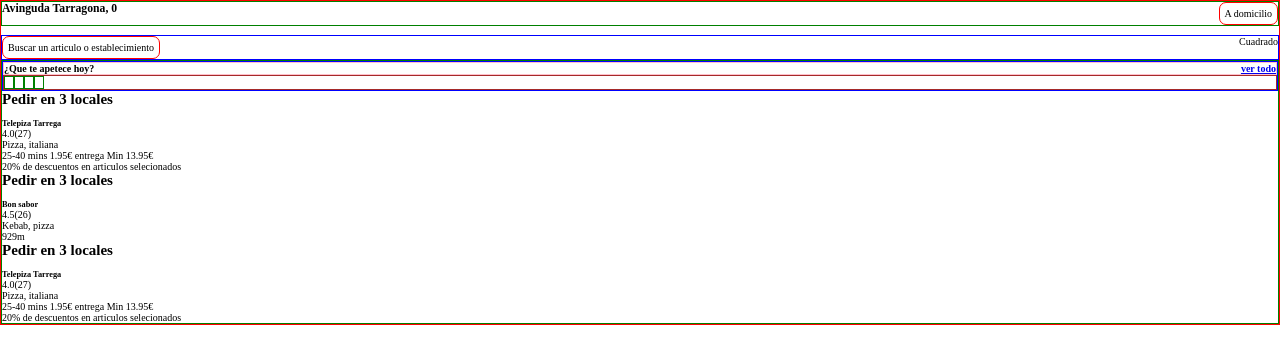
Repository: Srpinedaa/justEat
Page: index.html
These files come from the project's save history. The page is drawn as it stood at one moment and after the next save; the edit follows.
The browser window is 1280 px wide. The pictures show the whole page.

Above is the page before, as saved 2024-09-26 15:52:41.

After the next save:
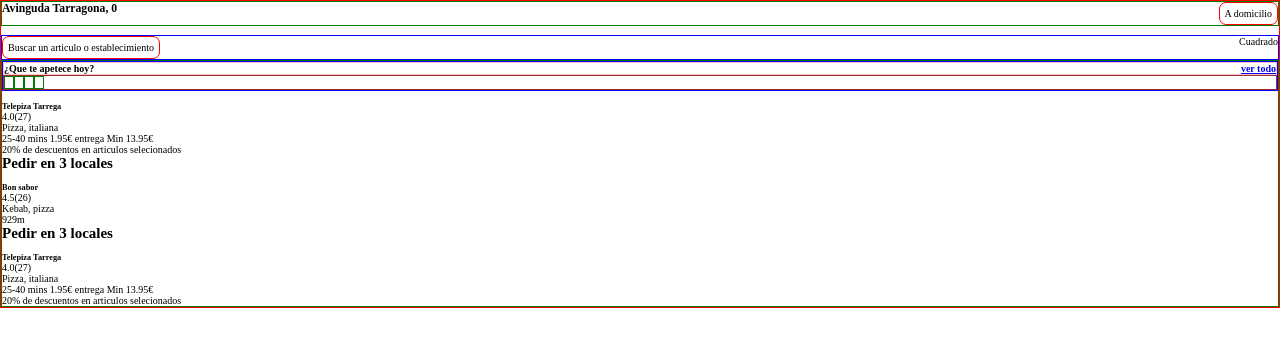
Saved 17 s later.
--- a/index.html
+++ b/index.html
@@ -41,7 +41,6 @@
                 <div id="bloque3">
                     <section class="bloquePedidos">
                         <div class="pedido">
-                            <h2>Pedir en 3 locales</h2>
                             <div class="imagenPedido">
                                 <img src="" alt="">
                             </div>

After the save that followed:
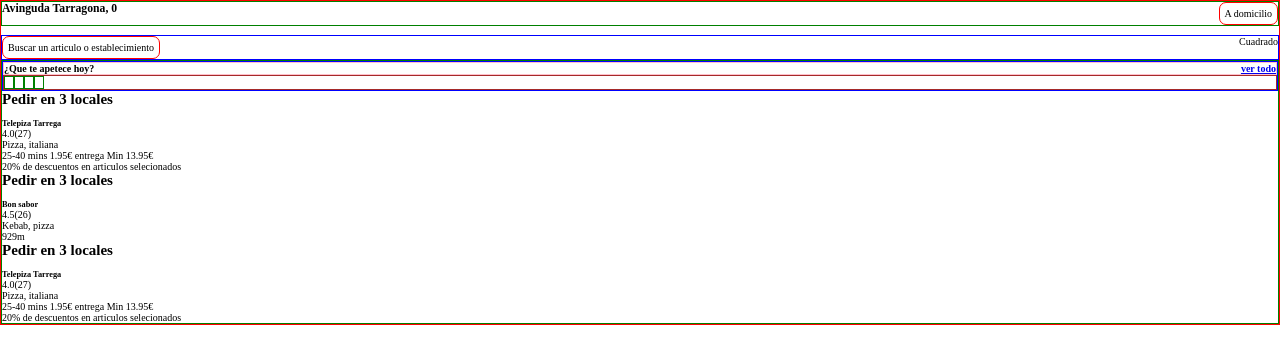
Saved 4 s later.
--- a/index.html
+++ b/index.html
@@ -39,6 +39,7 @@
                     <section></section>
                 </div>
                 <div id="bloque3">
+                    <h2>Pedir en 3 locales</h2>
                     <section class="bloquePedidos">
                         <div class="pedido">
                             <div class="imagenPedido">
